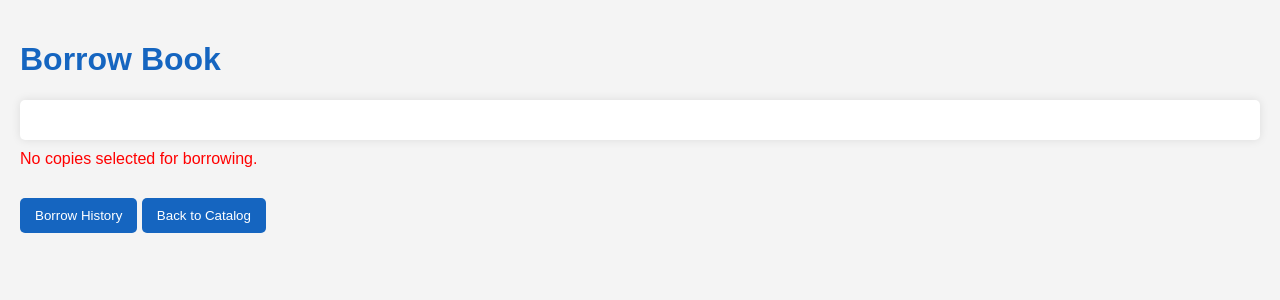
Repository: grebail/Comp-FYP
Page: public/user_borrow_copy_byQR.html
These files come from the project's save history. The page is drawn as it stood at one moment and after the next save; the edit follows.
The browser window is 1280 px wide. The pictures show the whole page.
The page's requests for data from a server got no answer.

Above is the page before, as saved 2025-02-12 16:49:38.

### public/user_borrow_copy_byQR.html
<!DOCTYPE html>
<html lang="en">

<head>
    <meta charset="UTF-8">
    <meta name="viewport" content="width=device-width, initial-scale=1.0">
    <title>Borrow Book</title>
    <style>
        body {
            font-family: Arial, sans-serif;
            margin: 0;
            padding: 20px;
            background-color: #f4f4f4;
            color: #333;
        }

        h1 {
            color: #1565c0;
        }

        .book-details {
            background: white;
            padding: 20px;
            border-radius: 5px;
            box-shadow: 0 0 10px rgba(0, 0, 0, 0.1);
            margin-top: 20px;
        }

        .error-message {
            color: red;
            margin-top: 10px;
        }

        .success-message {
            color: green;
            margin-top: 10px;
        }

        .book-cover {
            max-width: 200px;
            margin-bottom: 10px;
        }

        button {
            margin-top: 20px;
            padding: 10px 15px;
            background-color: #1565c0;
            color: white;
            border: none;
            border-radius: 5px;
            cursor: pointer;
        }

        button:hover {
            background-color: #0d47a1;
        }
    </style>
</head>

<body>

    <h1>Borrow Book</h1>
    <div id="bookDetails" class="book-details"></div>
    <div id="errorMessage" class="error-message"></div>
    <div id="successMessage" class="success-message"></div>
    <button id="BorrowHistoryButton">Borrow History</button>
    <button id="backToCatalogButton">Back to Catalog</button>

    <script>
        function getQueryParam(param) {
            const urlParams = new URLSearchParams(window.location.search);
            return urlParams.get(param);
        }

        const params = new URLSearchParams(window.location.search);
        const isbn = params.get('isbn');
        const userId = params.get('userid');
        const copies = params.get('copies')?.split(',') || params.get('copyId')?.split(',');
        const userToken = getQueryParam('token') || localStorage.getItem('token');

        console.log('userId:', userId);
        console.log('ISBN:', isbn);
        console.log('Selected Copies:', copies);
        console.log('User Token:', userToken);

        function displaySuccess(message) {
            document.getElementById('successMessage').innerText = message;
        }

        function displayError(message) {
            document.getElementById('errorMessage').innerText = message;
        }

        function displayBookDetails(book) {
            const html = `
                <img src="${book.coverImage}" alt="${book.title} cover" class="book-cover">
                <h2>Book Details</h2>
                <div><strong>Title:</strong> ${book.title}</div>
                <div><strong>Author(s):</strong> ${book.authors.join(', ')}</div>
                <div><strong>Publisher:</strong> ${book.publisher}</div>
                <div><strong>Published Date:</strong> ${book.publishedDate}</div>
                <div><strong>ISBN:</strong> ${isbn}</div>
            `;
            document.getElementById('bookDetails').innerHTML = html;
        }

        function displayBorrowedDetails(borrowedCopies) {
            const html = `
                <h3>Borrowed Copies</h3>
                <ul>
                    ${borrowedCopies.map(copy => `
                        <li>
                            <strong>Copy ID:</strong> ${copy.copyId} |
                            <strong>Due Date:</strong> ${new Date(copy.dueDate).toLocaleDateString()}
                        </li>`).join('')}
                </ul>
            `;
            document.getElementById('bookDetails').insertAdjacentHTML('beforeend', html);
        }

        async function borrowSelectedCopies() {
            if (!copies || copies.length === 0) {
                displayError('No copies selected for borrowing.');
                return;
            }

            try {
                const response = await fetch(`/api/books/copy_borrow`, {
                    method: 'POST',
                    headers: {
                        'Content-Type': 'application/json',
                        'Authorization': `Bearer ${userToken}`
                    },
                    body: JSON.stringify({ userid: userId, isbn, copyId: copies }) // Use correct parameter name
                });

                const data = await response.json();

                if (!response.ok || data.error) {
                    throw new Error(data.error || 'Failed to borrow copies.');
                }

                // Use the response to display success and borrowed details
                displaySuccess(data.message || 'Copies borrowed successfully!');
                displayBorrowedDetails(data.borrowedCopies);

                // Redirect to the provided URL
                if (data.redirectUrl) {
                    setTimeout(() => {
                        window.location.href = data.redirectUrl;
                    }, 2000); // Redirect after 2 seconds
                }
            } catch (error) {
                displayError(error.message || 'Failed to borrow copies. Please try again.');
            }
        }

        async function fetchBookDetails() {
            try {
                if (!isbn) {
                    throw new Error('No ISBN provided.');
                }

                const response = await fetch(`/api/books/isbn/${isbn}`);
                if (!response.ok) {
                    throw new Error('Book not found by ISBN.');
                }

                const book = await response.json();
                displayBookDetails(book);
            } catch (error) {
                displayError(error.message);
            }
        }

        document.getElementById('backToCatalogButton').addEventListener('click', () => {
            window.location.href = `user-books-catalog.html?userid=${userId}&token=${userToken}`;
        });

        document.getElementById('BorrowHistoryButton').addEventListener('click', () => {
            window.location.href = `user_borrow_history.html?userid=${userId}`;
        });

        window.onload = async () => {
            await fetchBookDetails();
            await borrowSelectedCopies();
        };
    </script>

</body>

</html>

After the next save:
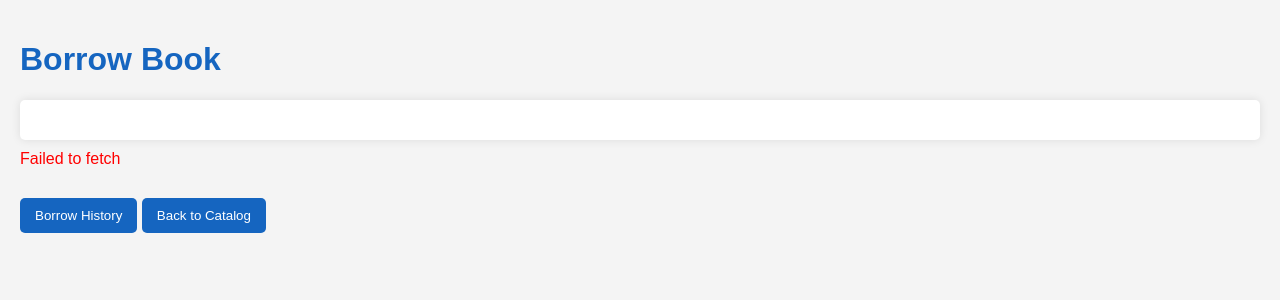
Saved 45 s later.
--- a/public/user_borrow_copy_byQR.html
+++ b/public/user_borrow_copy_byQR.html
@@ -119,11 +119,6 @@
         }
 
         async function borrowSelectedCopies() {
-            if (!copies || copies.length === 0) {
-                displayError('No copies selected for borrowing.');
-                return;
-            }
-
             try {
                 const response = await fetch(`/api/books/copy_borrow`, {
                     method: 'POST',
@@ -146,15 +141,12 @@
 
                 // Redirect to the provided URL
                 if (data.redirectUrl) {
-                    setTimeout(() => {
-                        window.location.href = data.redirectUrl;
-                    }, 2000); // Redirect after 2 seconds
+                    window.location.href = data.redirectUrl;
                 }
             } catch (error) {
                 displayError(error.message || 'Failed to borrow copies. Please try again.');
             }
         }
-
         async function fetchBookDetails() {
             try {
                 if (!isbn) {
